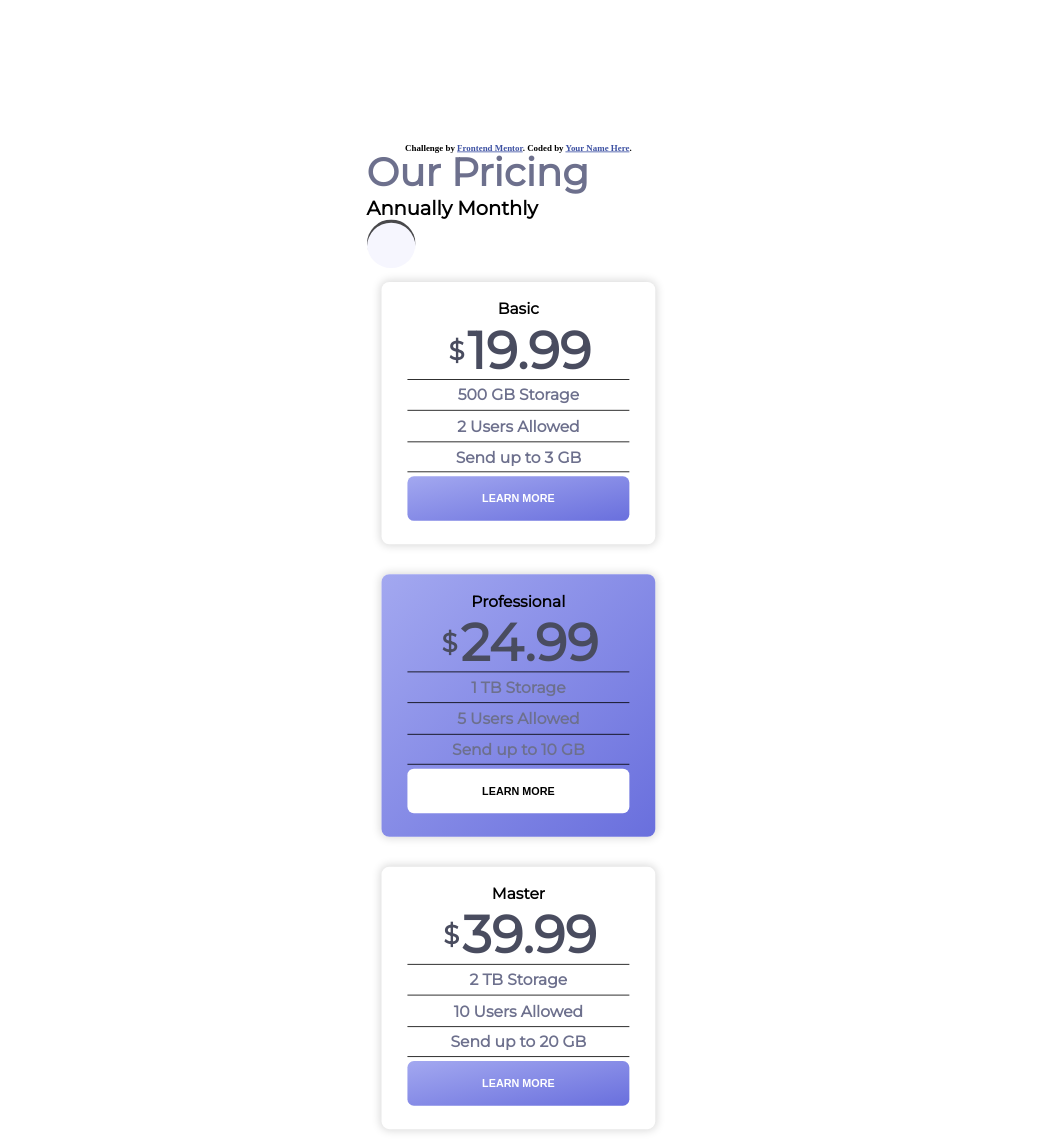
Repository: JuzzJoel/pricing-component-with-toggle-master
Page: index.html
The author's editor kept a copy of each file at every save. The page is drawn from the files as they stood at one save, then again after the next save.
The browser window is 1280 px wide. The pictures show the whole page, at 81% of full size.

Above is the page before, as saved 2025-05-24 11:34:10.

After the next save:
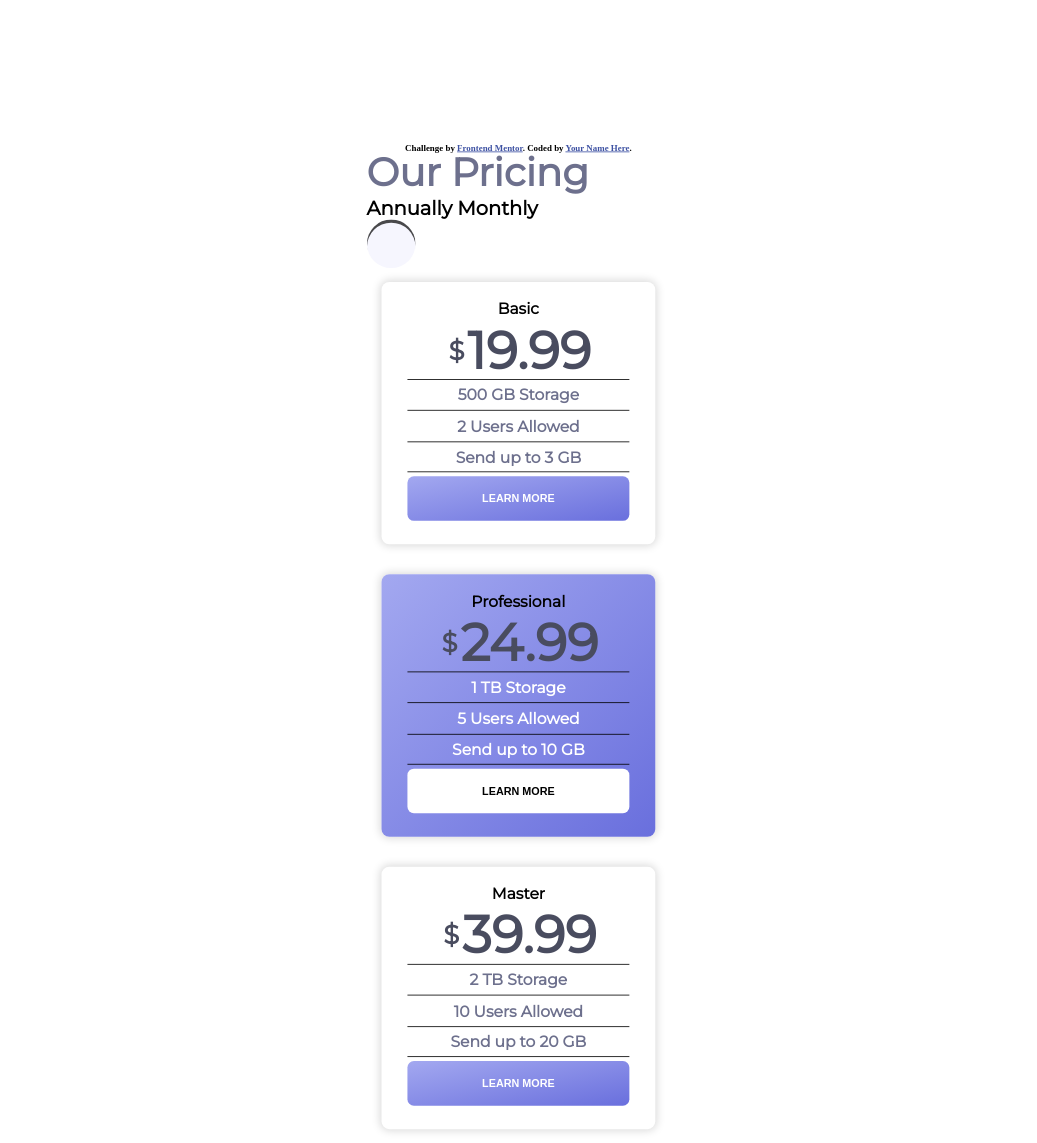
Saved 19 s later.
--- a/index.html
+++ b/index.html
@@ -191,7 +191,7 @@ font-size: 1.5rem;
 background: var(--linear-gradient);
     font-weight: 700;
   }
-  .card-container:nth-child(2).rows
+  .card-container:nth-child(2) .rows
   {
     color: white;
   }
